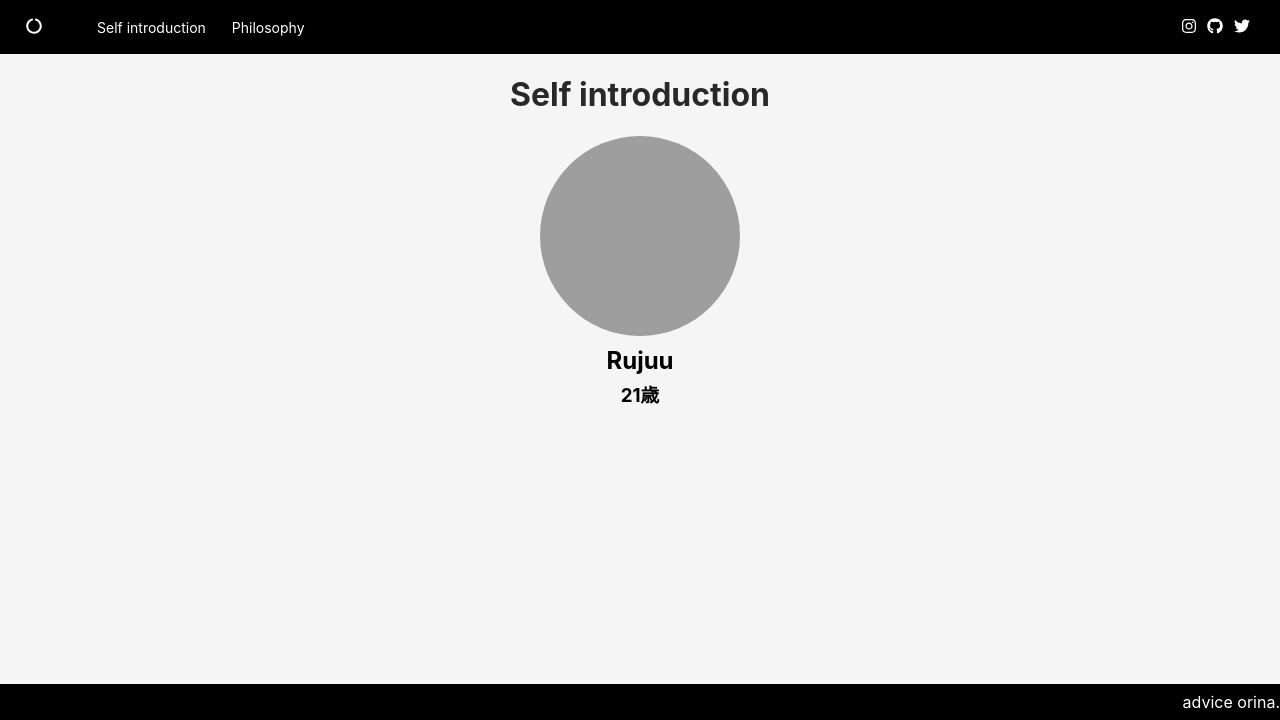
Repository: Rujuu-prog/react-mysite
Page: /selfintroduction
An editor plug-in stored every save of this project. The page is shown before and after the next save, followed by the edit.
The browser window is 1280 px wide. The pictures show the whole page.
Pictures or frames that could not be fetched are drawn as grey boxes. The project was rebuilt for these pictures with package versions that can differ from the ones it lists, and the page was loaded fresh each time. Also part of the build but not shown: src/components/pages/Philosophy.tsx, src/components/pages/Top.tsx.

Above is the page before, as saved 2021-05-13 01:44:18.

After the next save:
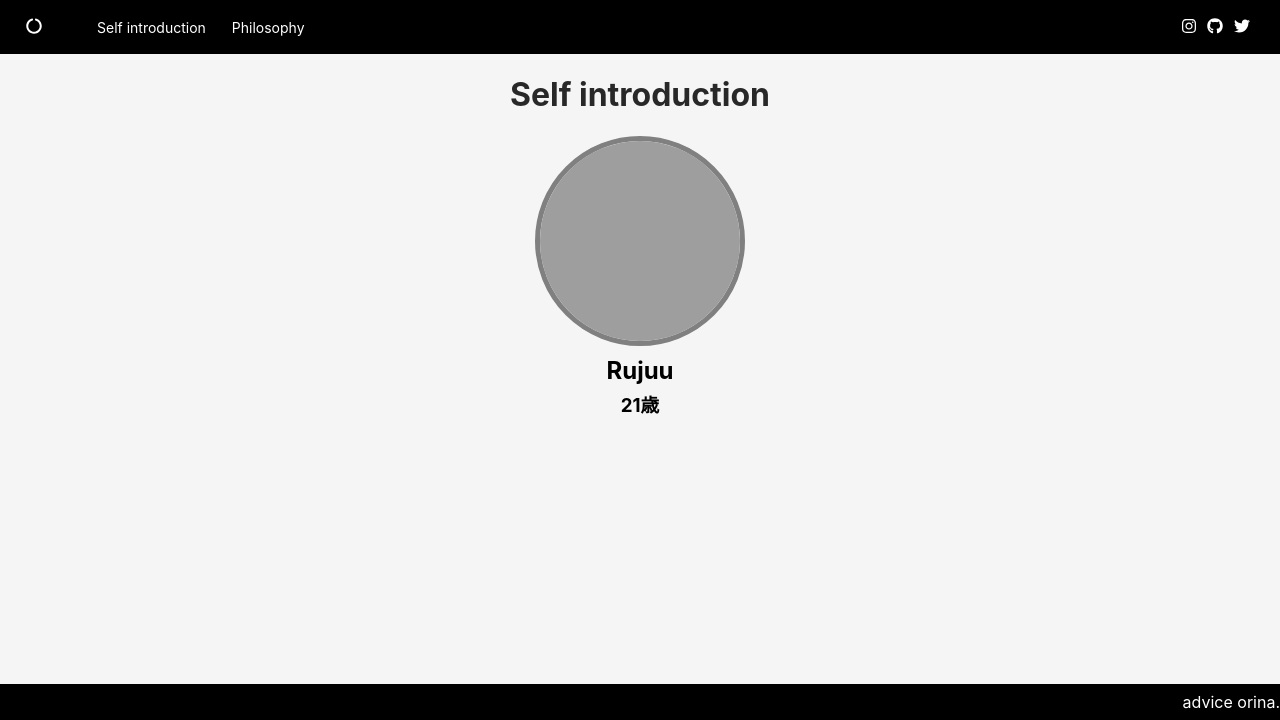
Saved 63 s later.
--- a/src/components/pages/SelfIntroduction.tsx
+++ b/src/components/pages/SelfIntroduction.tsx
@@ -29,6 +29,7 @@ const SMainContainer = styled.div`
         width: 200px;
         height: 200px;
         border-radius: 50%;
+        border: solid 5px gray;
         background-position: left top;
     }
     h2 {
